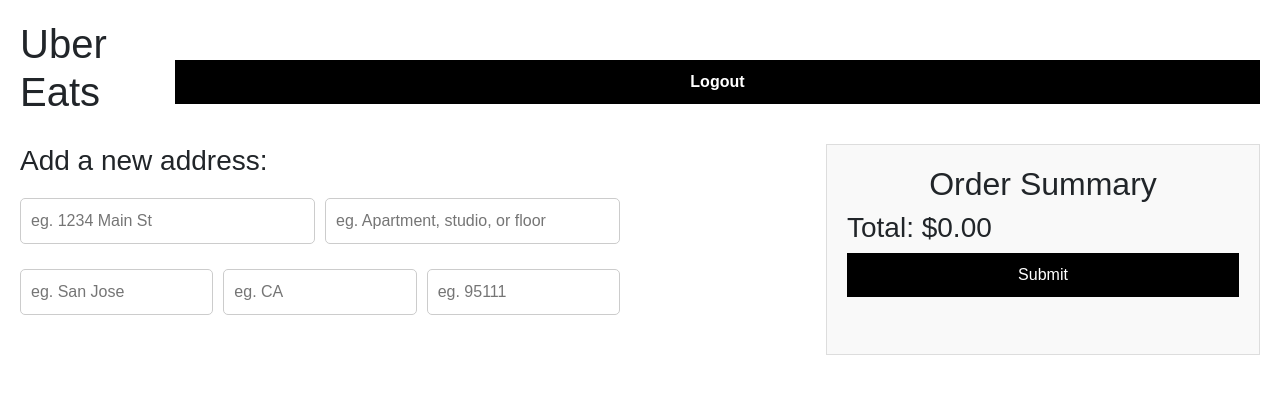
Repository: chelseajaculina/lab2-uber-eats
Page: /order (app in frontend/)
The author's editor kept a copy of each file at every save. The page is drawn from the files as they stood at one save, then again after the next save.
The browser window is 1280 px wide. The pictures show the whole page.
The page's requests for data from a server got no answer. The project was rebuilt for these pictures with package versions that can differ from the ones it lists, and the page was loaded fresh each time. No one was signed in, and anything a server would have sent is missing. Also part of the build but not shown: frontend/src/components/Home.css, frontend/src/components/Logout.js, frontend/src/components/CartModal.css, frontend/src/components/CartModal.js, frontend/src/components/NavBarHome.js, frontend/src/components/Home.js, frontend/src/components/CustomerSignUp.js, frontend/src/components/RestaurantSignUp.js and 24 more.

Above is the page before, as saved 2024-11-23 00:01:07.

After the next save:
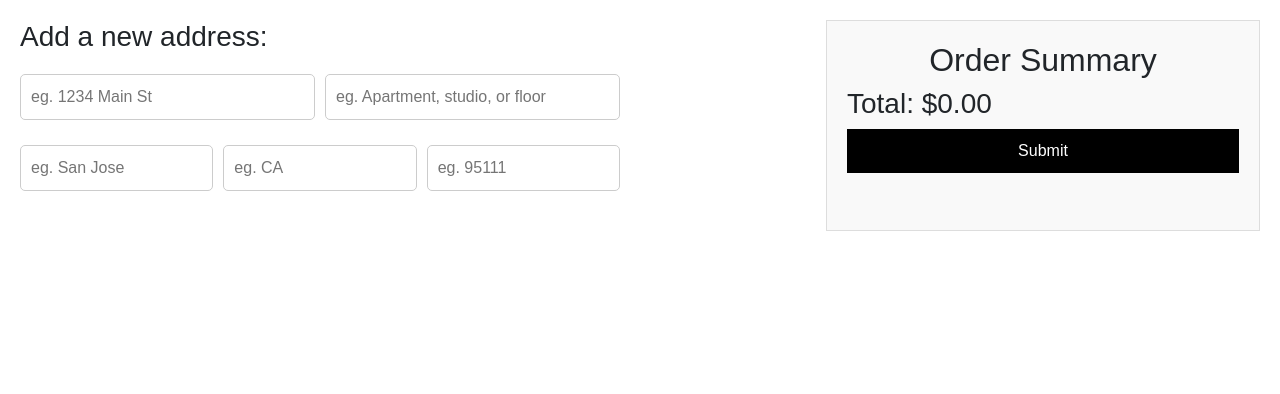
Saved 6 s later.
--- a/frontend/src/components/OrderPage.js
+++ b/frontend/src/components/OrderPage.js
@@ -83,12 +83,7 @@
 
   return (
     <div className="order-page">
-      <header className="order-header">
-        <h1>Uber Eats</h1>
-        <button className="logout-button" onClick={() => navigate('/logout')}>
-          Logout
-        </button>
-      </header>
+
 
       <div className="order-container">
         <div className="address-section">
